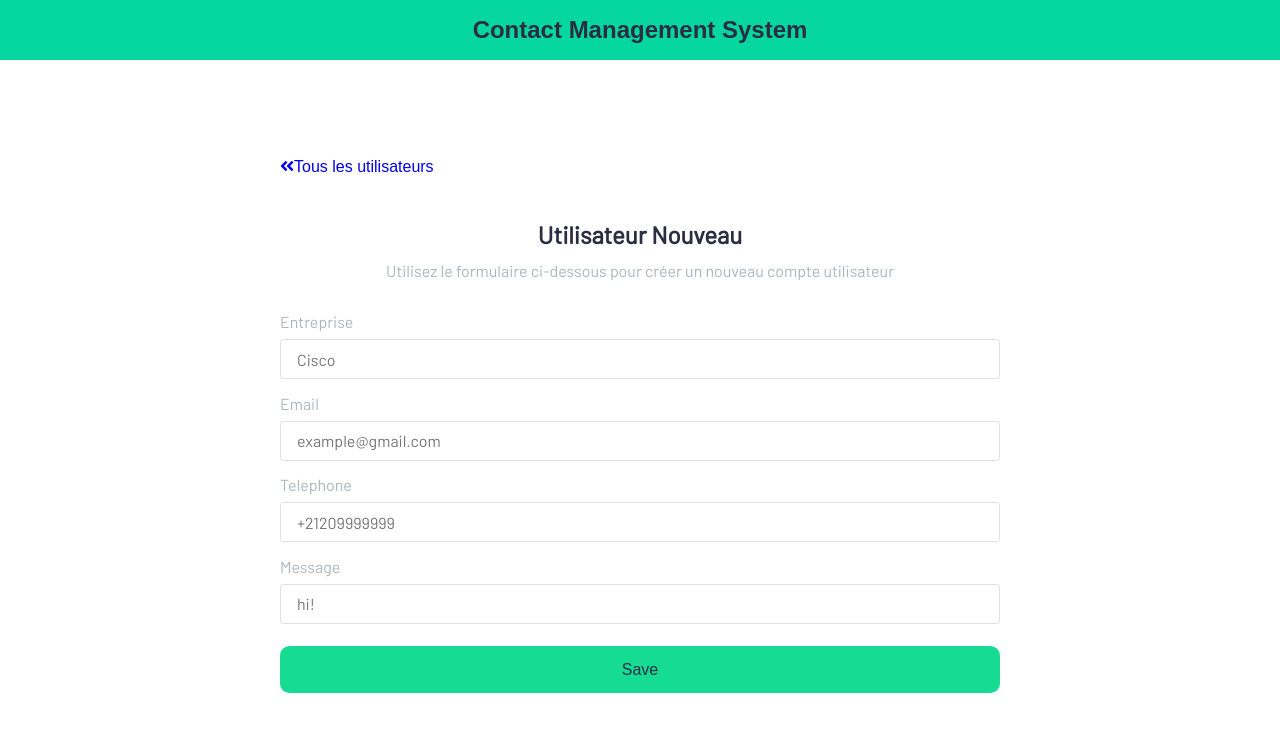
Repository: mohamed-makrani/Global_Development_Service_DBMS
Page: DBMS/views/update_user.ejs
An editor plug-in stored every save of this project. The page is shown before and after the next save, followed by the edit.
The browser window is 1280 px wide. The pictures show the whole page.
Some web fonts or font styles are not loaded; a fallback is used. The page is served by the project's Node server (DBMS/server.js). The template is opened directly, without the code that normally fills it, so the values that code supplies are empty.

Above is the page before, as saved 2024-04-23 10:14:05.

After the next save:
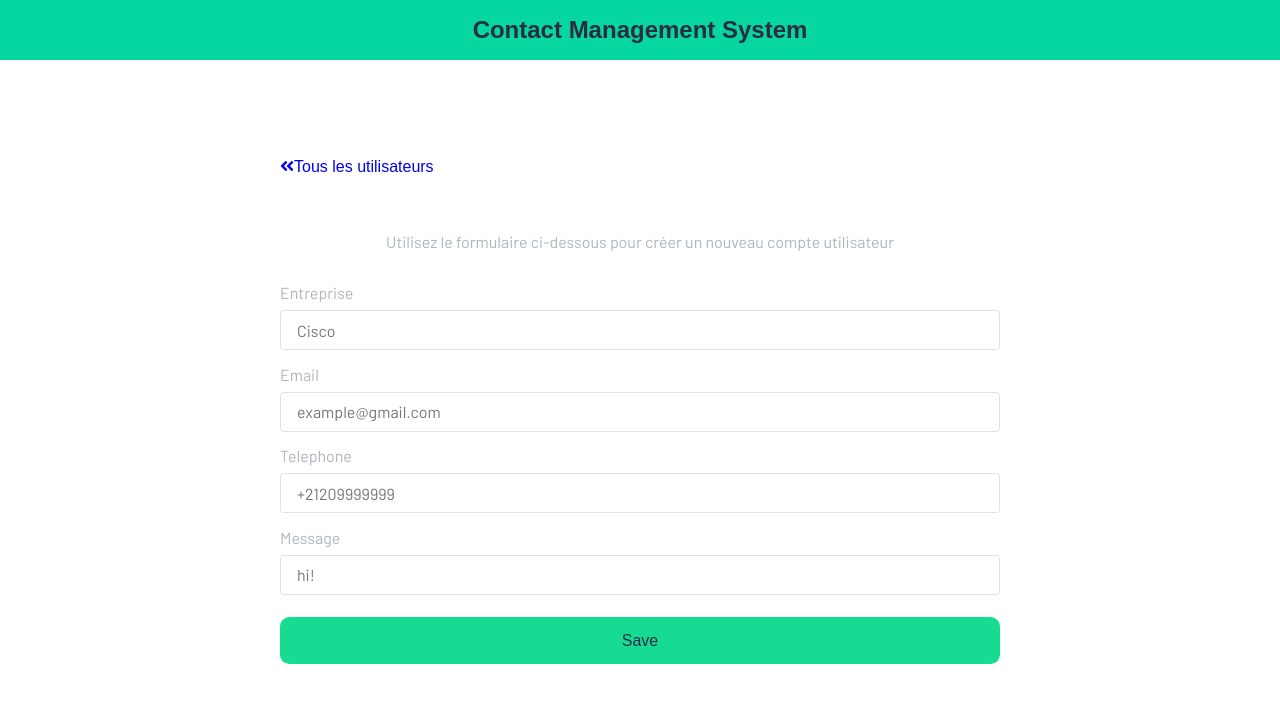
Saved 15 s later.
--- a/DBMS/views/update_user.ejs
+++ b/DBMS/views/update_user.ejs
@@ -13,7 +13,7 @@
         </div>
 
         <div class="form-title text-center">
-            <h2 class="text-dark">Utilisateur Nouveau</h2>
+            <h2 class="text-dark"></h2>
             <span class="text-light">Utilisez le formulaire ci-dessous pour créer un nouveau compte utilisateur</span>
         </div>
 

After the save that followed:
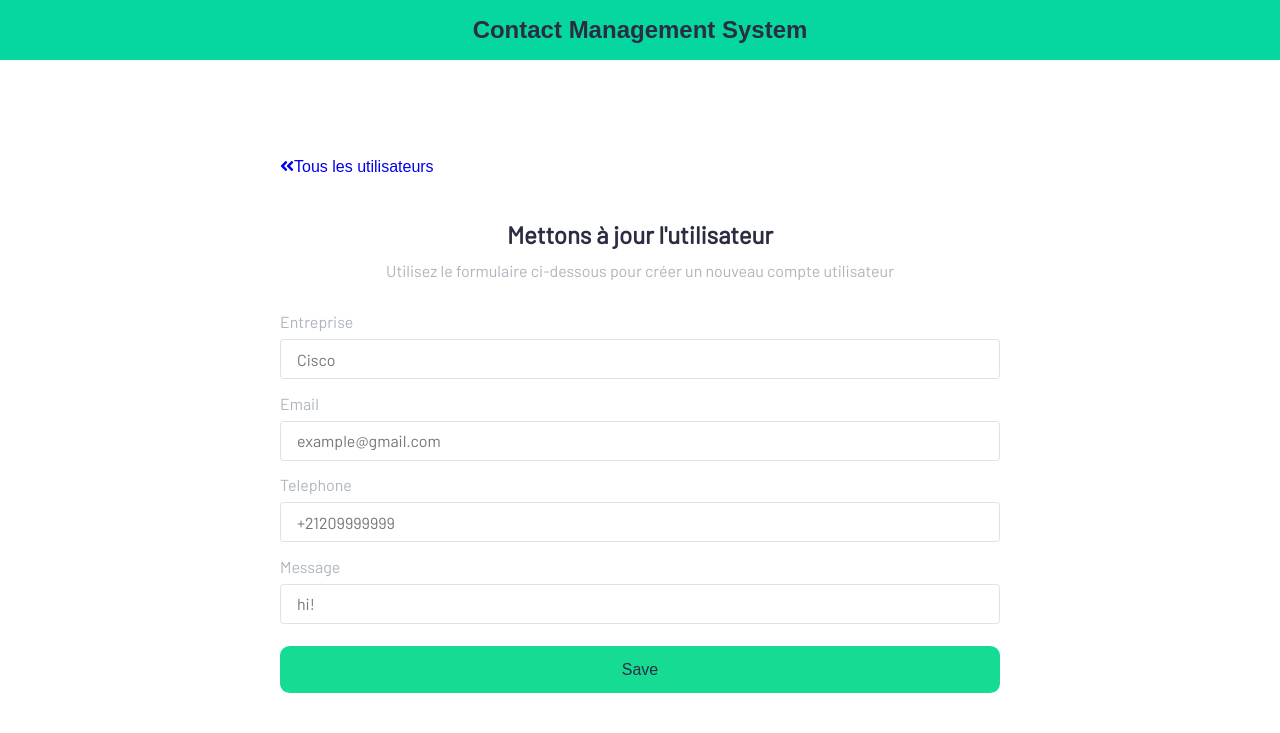
Saved 52 s later.
--- a/DBMS/views/update_user.ejs
+++ b/DBMS/views/update_user.ejs
@@ -13,7 +13,7 @@
         </div>
 
         <div class="form-title text-center">
-            <h2 class="text-dark"></h2>
+            <h2 class="text-dark">Mettons à jour l'utilisateur</h2>
             <span class="text-light">Utilisez le formulaire ci-dessous pour créer un nouveau compte utilisateur</span>
         </div>
 
